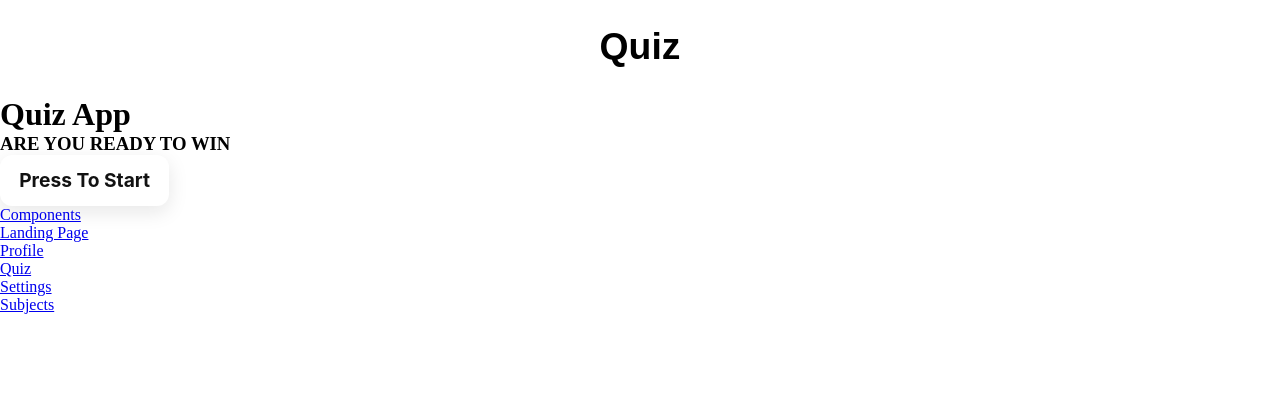
Repository: 1medi/pocketprof
Page: /QuizPage
The author's editor kept a copy of each file at every save. The page is drawn from the files as they stood at one save, then again after the next save.
The browser window is 1280 px wide. The pictures show the whole page.
The project was rebuilt for these pictures with package versions that can differ from the ones it lists, and the page was loaded fresh each time. The framework's server and built-in components were replaced by stand-ins that run in the browser. Also part of the build but not shown: next.config.mjs, Components/Buttons/Oscar/Oscar.module.css, Components/Buttons/Oscar/index.js.

Above is the page before, as saved 2024-04-13 20:43:22.

### pages/QuizPage.js
import Head from "next/head";
import styles from "@/styles/QuizPage.module.css";
import Link from "next/link";
import Header from "@/Components/Header";
import Button3 from "@/Components/Buttons/Button3"
import NavBar from "@/Components/Navbar";

export default function QuizPage() {
  return (
    <>
      <Head>
        <title>Quiz Page</title>
        <meta name="description" content="Quiz section" />
        <meta name="viewport" content="width=device-width, initial-scale=1" />
        <link rel="icon" href="/favicon.ico" />
      </Head>
      <Header name="Quiz"/>
      <main className={`${styles.main}`}>
        <div className={styles.container}>
          <h1 className={styles.title}>Quiz App</h1>
          <div className={styles.descriptionContainer}>
            <h3>ARE YOU READY TO WIN</h3>
          </div>
          <Link href='/quiz/page' className={styles.buttonContainer}>
            <Button3 name={"Press To Start"} />
          </Link>
        </div>
      </main>
      <NavBar />
    </>
  );
}

### pages/api/chat-gpt/route.js
import { NextResponse } from "next/server";

export async function POST(request) {
  return NextResponse.json({
    name: "IT WORKS!!!",
  });
}

### styles/globals.css
:root {
background-color: white;
align-content: center;
--main-color-purple: #53239B;
--main-color-lightpurple: #CCBFED;
--secondary-color-blue: #9AB7F9;
--secondary-color-lightblue: #CCE3FB;

--font-header: 34pt ;
--font-section-header: 28pt;
--font-sub-header: 24pt;
--font-button: 16pt;
--font-body: 16pt;
--font-secondary: 14pt;
--font-tertiary:12pt;

--headings: "mont", sans-serif;
--body-text: "Noto Sans", sans-serif;

}


* {
    padding: 0;
    margin: 0;
  }

  ol,
  ul {
    list-style: none;
  }

### styles/QuizPage.module.css
@media only screen and (max-width:430px) {
  .main {
  overflow-x: hidden;
  justify-content: center;
  display: flex;
}

.container {
  max-width: 400px;
  max-height: 932px;
  width: 100%;
  background-color: #8CACF4;
  position: relative;
  display: flex;
  flex-direction: column;
  margin-top: 100px;
  border-radius: 10px;
  z-index: 1;
}

.title{
  text-align: center;
  padding:10px;
  font-family: "Montserrat", "sans-serif";
}

.descriptionContainer{
  text-align: center;
  padding:10px
}

.buttonContainer {
  text-align: center;
  padding: 10px;
}

.backgroundArt {
  z-index: 999;
  position: relative;
  bottom: 200px;
}
}

### Components/Header/index.js
import styles from "@/Components/Header/Header.module.css"
import Link from "next/link"
import { Montserrat } from "next/font/google"

const montserrat = Montserrat({
  subsets: ['latin'],
});
export default function Header({name}){
  return (
    <>
    <header className={styles.header}>

      <h1 className={styles.headerTitle}>{name}</h1>
    </header>
    </>
  )
}

### Components/Buttons/Button3/index.js
import styles from "./Button3.module.css"

export default function Button3({
  name
}){
  return (
    <>
    <button className={styles.button}>{name}</button>
    </>
  )
}

### Components/Navbar/index.js
import styles from "./Navbar.module.css"
import Oscar from "@/Components/Buttons/Oscar"
import Link from "next/link"

export default function NavBar() {
  return (
    <nav className={styles.nav}>
        <div className={styles.navContainer}>
          <ul className={styles.navOptions}>
            <li className={styles.navLink}>
            <Link href={'/Components'} className={styles.navText}>Components </Link>
            </li>
            <li className={styles.navLink}>
            <Link href={'/LandingPage'} className={styles.navText}>Landing Page </Link>
            </li>
            <li className={styles.navLink}>
            <Link href={'/Profile'} className={styles.navText}>Profile </Link>
            </li>
            <li className={styles.navLink}>
            <Link href={'/QuizPage'} className={styles.navText}>Quiz</Link>
            </li>
            <li className={styles.navLink}>
            <Link href={'/Settings'} className={styles.navText}>Settings</Link>
            </li>
            <li className={styles.navLink}>
            <Link href={'/Subjects'} className={styles.navText}>Subjects</Link>
            </li>
          </ul>

        </div>
    </nav>
  )
}

### Components/Header/Header.module.css
.header{
  max-height: 400;
  height: 6em;
  border-bottom: 3px linear-gradient(-10deg, #d9edf7 35%, rgba(237, 202, 216, 0) 50%, var(--main-color-lightpurple)), radial-gradient(circle, #ffcae1 0, #daeafc 100%)
}

.headerTitle{
  text-align: center;
  margin:auto;
  display: flex;
  justify-content: center;
  color: black;
  padding-top: 25px;
  font-family: var(--headings);
  font-size: var(--font-section-header);
}

### Components/Buttons/Button3/Button3.module.css
.button {
  align-items: center;
  background-color: #fff;
  border-radius: 12px;
  box-shadow: transparent 0 0 0 3px,rgba(18, 18, 18, .1) 0 6px 20px;
  box-sizing: border-box;
  color: #121212;
  cursor: pointer;
  display: inline-flex;
  flex: 1 1 auto;
  font-family: Inter,sans-serif;
  font-size: 1.2rem;
  font-weight: 700;
  justify-content: center;
  line-height: 1;
  margin: 0;
  outline: none;
  padding: 1rem 1.2rem;
  text-align: center;
  text-decoration: none;
  transition: box-shadow .2s,-webkit-box-shadow .2s;
  white-space: nowrap;
  border: 0;
  user-select: none;
  -webkit-user-select: none;
  touch-action: manipulation;
}

.button:hover {
  box-shadow: #121212 0 0 0 3px, transparent 0 0 0 0;
}

### Components/Navbar/Navbar.module.css
@media only screen and (max-width:430px) {
  .nav {
  position: fixed;
  bottom: 0;
  left: 0;
  width: 100%;
  display: flex;
  flex-direction: row;
  background-color:var(--main-color-lightpurple);
  justify-content: space-around;
}

.navContainer{
  position: relative;
  justify-content: space-around;
  width: 100%;
}
.buttonContainer{
  padding:10px;

}

.navOptions{
  display: flex;
  flex-direction: row;
  text-align: center;
  justify-content: space-around;
  padding: 10px;
  text-decoration: none;
}

.navLink{
  padding: 10px;
  border-radius: 10px;
  text-decoration: none;
  list-style: none;
  position: relative;
  justify-content: center;
}

.image:hover{
  background-color: #8b82a4;
}

.navText{
  text-decoration: none;
  list-style: none;
  color:black;
}

.navText:visited{
  text-decoration: none;
  list-style: none;
  color: black;
}
}

Loaded but not shown: pages/_app.js (common file); pages/_document.js (common file); pages/api/hello.js (common file); pages/api/askOscar.js (no copy from this time; the picture is the same without it); pages/api/chat.js (no copy from this time; the picture is the same without it); pages/api/image.js (no copy from this time; the picture is the same without it)

After the next save:
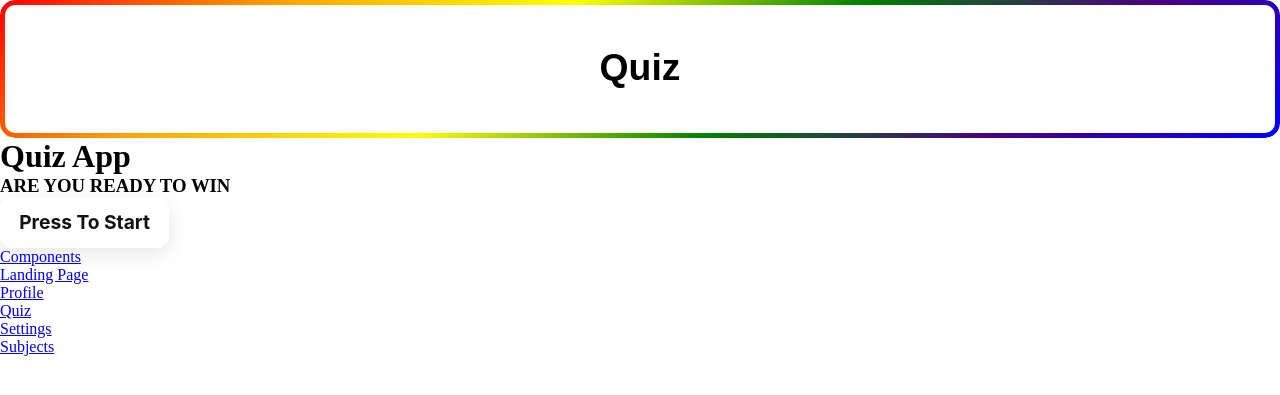
Saved 4 min 14 s later.
--- a/Components/Header/Header.module.css
+++ b/Components/Header/Header.module.css
@@ -1,8 +1,22 @@
 .header{
   max-height: 400;
   height: 6em;
-  border-bottom: 3px linear-gradient(-10deg, #d9edf7 35%, rgba(237, 202, 216, 0) 50%, var(--main-color-lightpurple)), radial-gradient(circle, #ffcae1 0, #daeafc 100%)
-}
+  position: relative;
+  padding: 1.3rem;
+  backdrop-filter: blur(10px);
+  }
+
+  .header::before {
+    content: "";
+    position: absolute;
+    inset: 0;
+    border-radius: 15px;
+    border: 5px solid transparent;
+    background: linear-gradient(140deg, red, orange, yellow, green, indigo, blue) border-box;
+    mask: linear-gradient(#fff 0 0) padding-box, linear-gradient(#fff 0 0);
+    mask-composite: exclude;
+  }
+
 
 .headerTitle{
   text-align: center;
